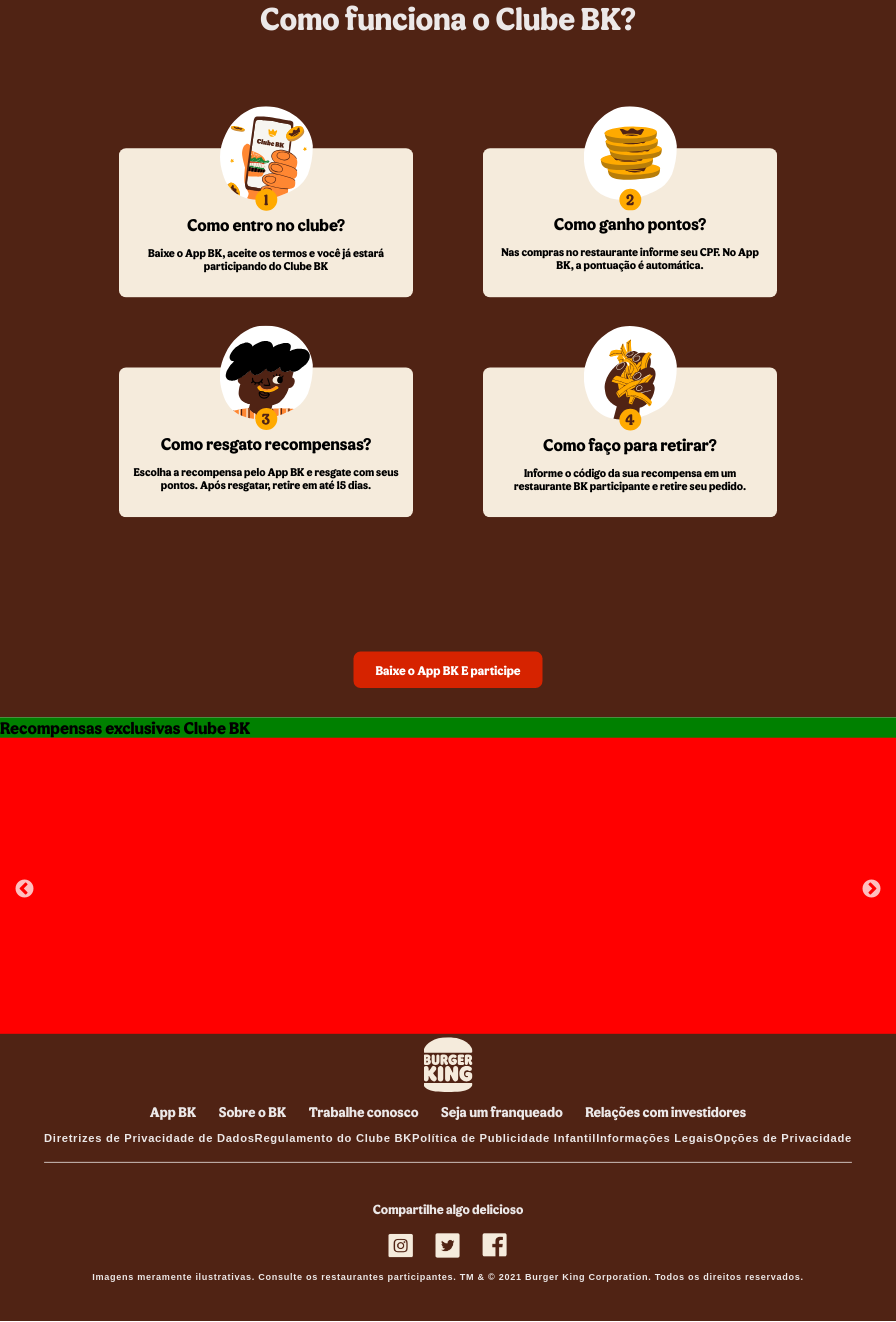
Repository: francisguitt/BurgerKing
Page: src/pages/club-bk.html
An editor plug-in stored every save of this project. The page is shown before and after the next save, followed by the edit.
The browser window is 1280 px wide. The pictures show the part of the page from y = 1657 to 3577 px (the page is 3545 px tall before and 3577 px after), at 70% of full size.

Above is the page before, as saved 2025-04-15 13:09:33.

After the next save:
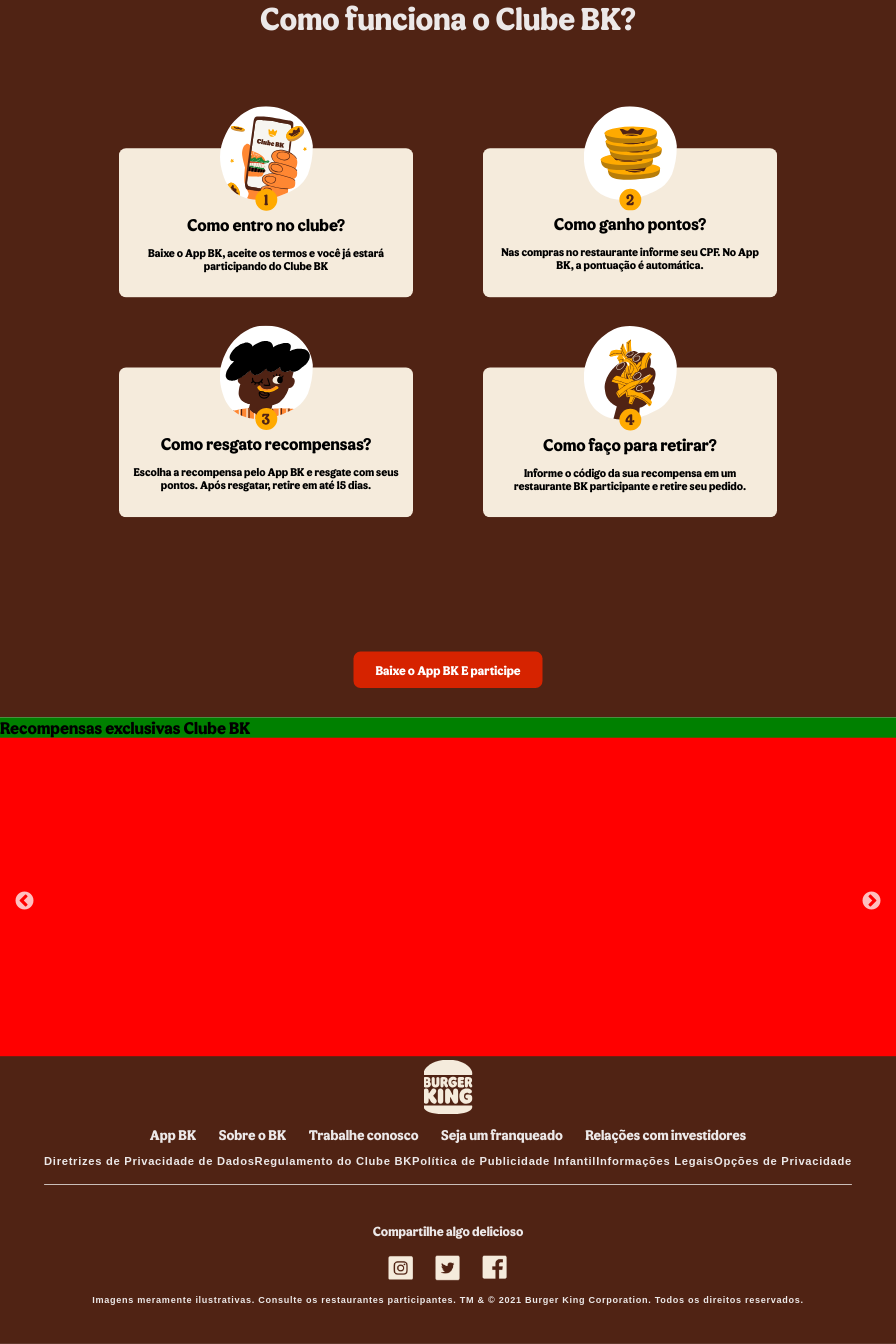
Saved 5 s later.
--- a/src/assets/styles/club-bk.css
+++ b/src/assets/styles/club-bk.css
@@ -200,7 +200,11 @@
     align-items: center;
     flex-direction: column;
   max-width: 100px;
-  width: 100%
+  width: 100%;
+    text-align: center;
+    padding: 1rem;
+    background-color: var(--secundary-color);
+    border-radius: 10px;
 
 }
 

After the 2 saves that followed:
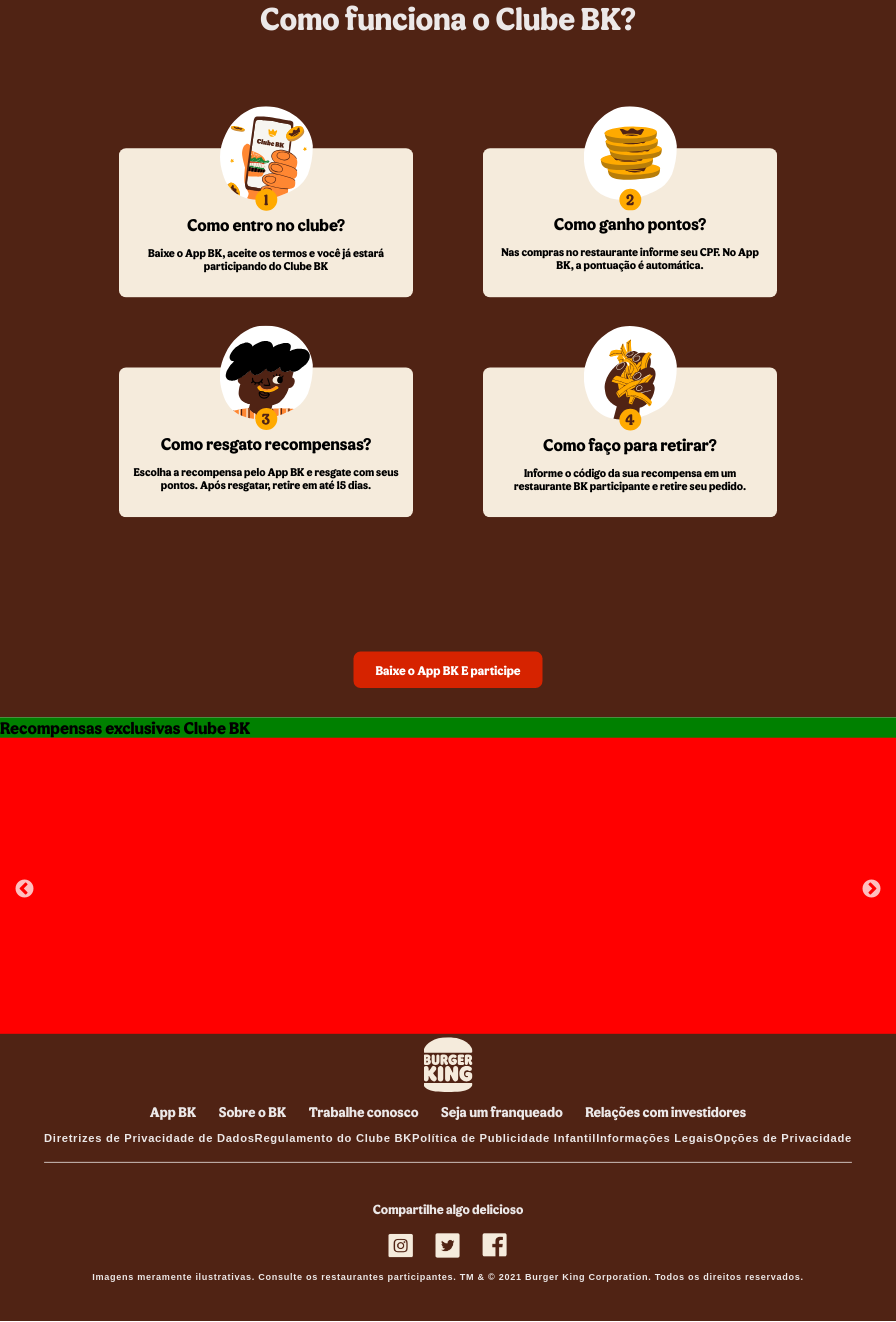
The 2 saves are shown as one change because they came seconds apart.
The last was saved 7 s later.
--- a/src/assets/styles/club-bk.css
+++ b/src/assets/styles/club-bk.css
@@ -199,12 +199,9 @@
     justify-content: center;
     align-items: center;
     flex-direction: column;
-  max-width: 100px;
+  max-width: 10px;
   width: 100%;
-    text-align: center;
-    padding: 1rem;
-    background-color: var(--secundary-color);
-    border-radius: 10px;
+
 
 }
 
